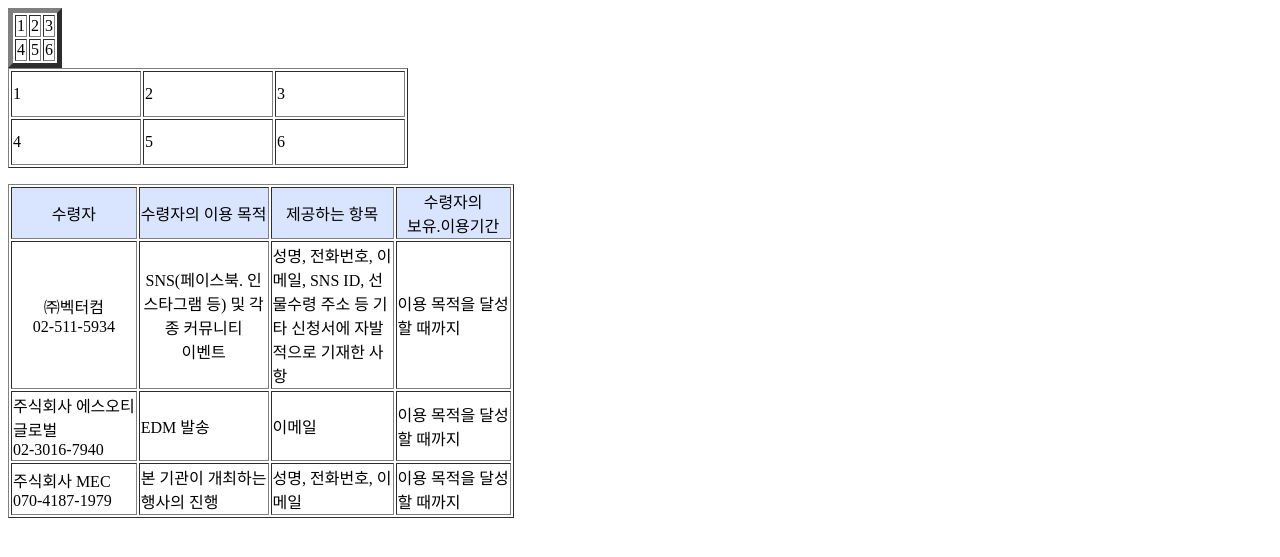
Repository: jaehyeon0418/workspace123
Page: w1024/src/main/webapp/w1024_06.html
These files come from the project's save history. The page is drawn as it stood at one moment and after the next save; the edit follows.
The browser window is 1280 px wide. The pictures show the whole page.

Above is the page before, as saved 2022-10-24 03:17:51.

After the next save:
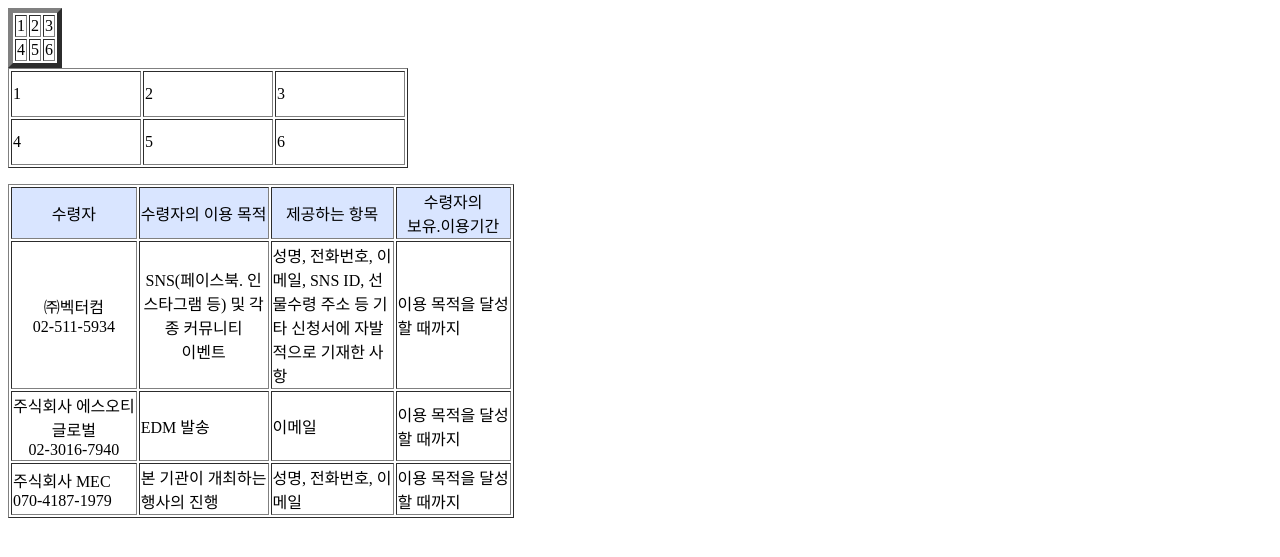
Saved 14 s later.
--- a/w1024/src/main/webapp/w1024_06.html
+++ b/w1024/src/main/webapp/w1024_06.html
@@ -68,7 +68,7 @@
  <td>이용 목적을 달성<br>할 때까지</td>
  </tr>
   <tr>
- <td>주식회사 에스오티<br>글로벌<br>02-3016-7940</td>
+ <td><center>주식회사 에스오티<br>글로벌<br>02-3016-7940</center></td>
  <td>EDM 발송</td>
  <td>이메일</td>
  <td>이용 목적을 달성<br>할 때까지</td>
